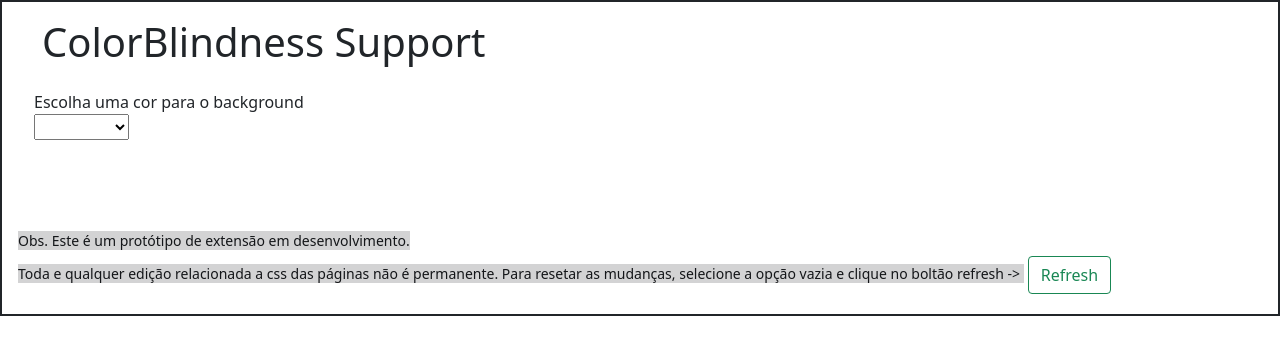
Repository: pedrosiqueira/daltonchrome
Page: popup.html
An editor plug-in stored every save of this project. The page is shown before and after the next save, followed by the edit.
The browser window is 1280 px wide. The pictures show the whole page.

Above is the page before, as saved 2022-06-20 20:21:25.

After the next save:
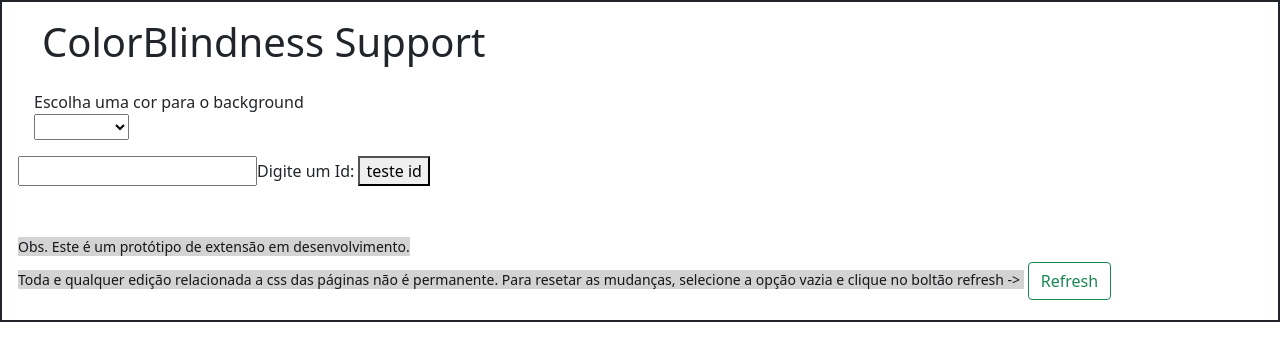
Saved 91 s later.
--- a/popup.html
+++ b/popup.html
@@ -31,6 +31,8 @@
             <option value="blue">Azul</option>
         </select>
     </div>
+    <input type="text" id="umidqualuquer">Digite um Id: </input>
+    <button id="onemorebutton">teste id</button>
     <br> <br><br>
     <alert id="alert" class="alert-dark form-text">Obs. Este é um protótipo de extensão em desenvolvimento.<br>
     Toda e qualquer edição relacionada a css das páginas não é permanente. Para resetar as mudanças, selecione a opção vazia e clique no boltão refresh ->
